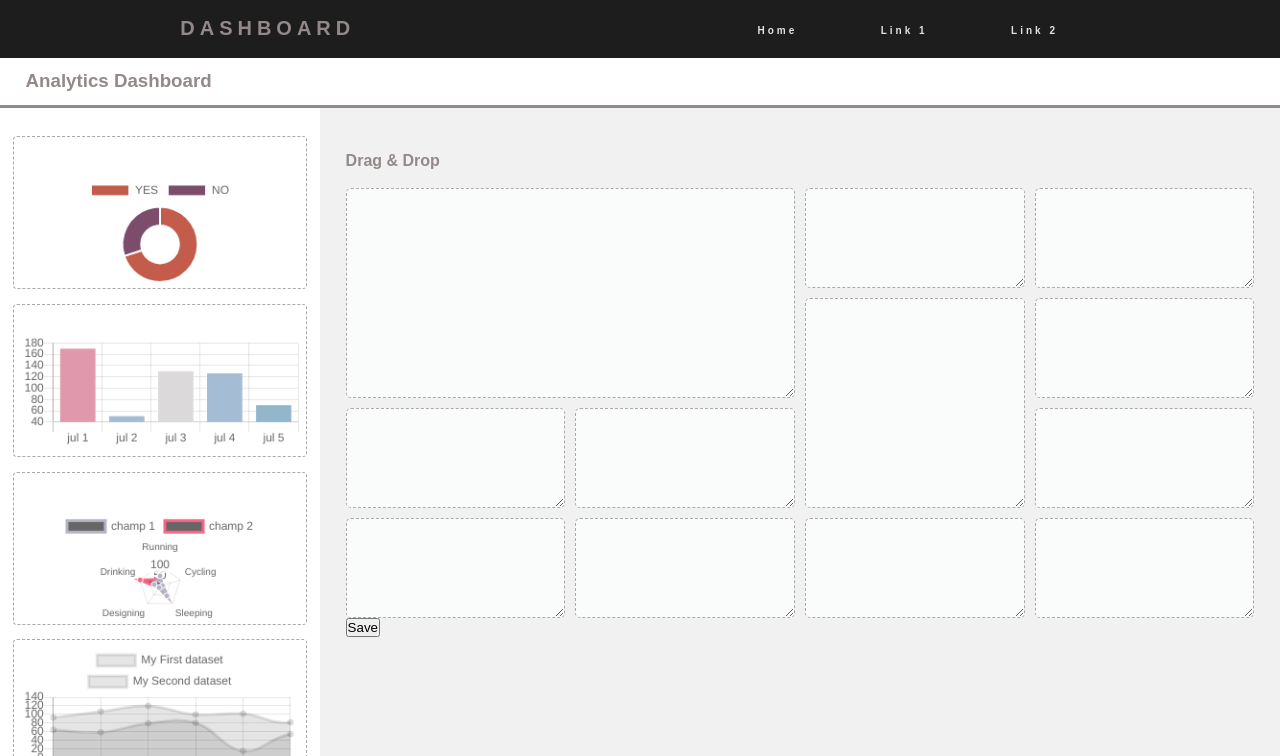
Repository: nourabdelhakam/drag-drop
Page: index.html
These files come from the project's save history. The page is drawn as it stood at one moment and after the next save; the edit follows.
The browser window is 1280 px wide. The pictures show the whole page.
Some web libraries are served in a nearby version.

Above is the page before, as saved 2020-07-05 06:29:09.

After the next save:
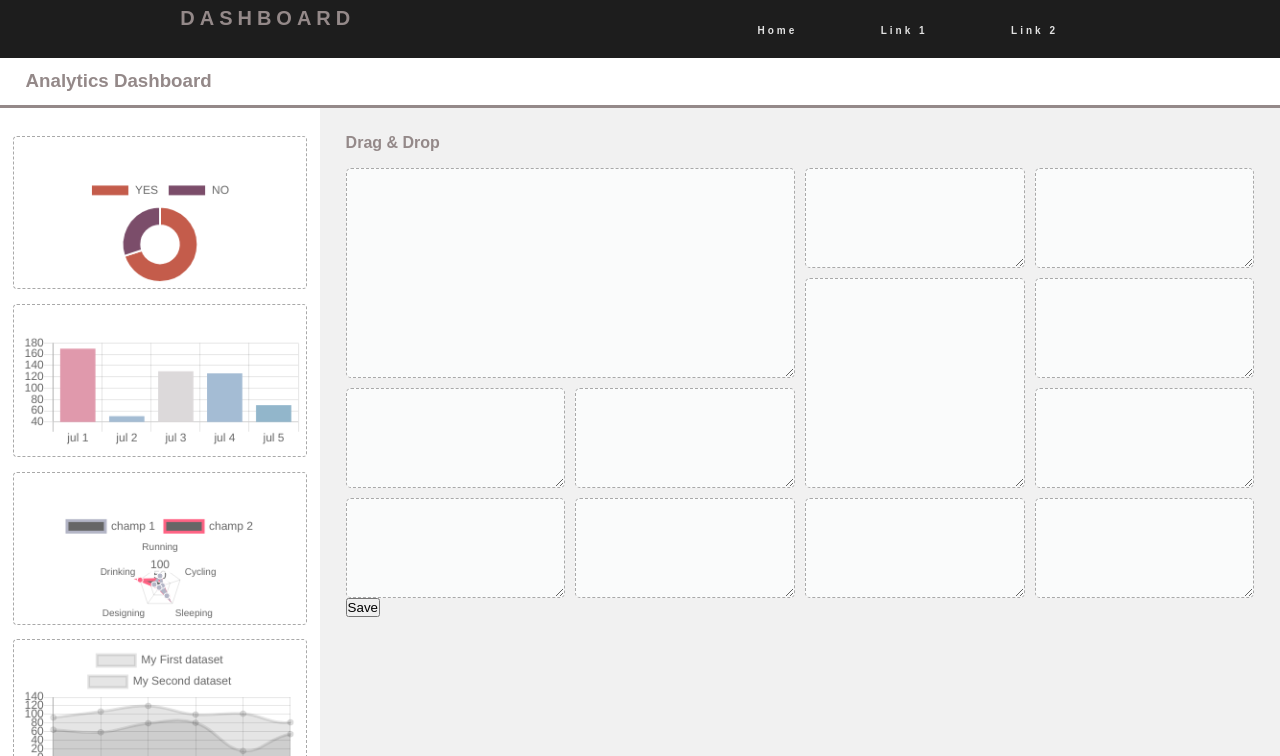
Saved 3 min 10 s later.
--- a/css/main.css
+++ b/css/main.css
@@ -13,7 +13,7 @@ h3 {
     padding: 1% 2%;
 }
 h4 {
-    margin: 2% 0;
+    margin-bottom: 1em;
 }
 .container {
     border-top: 3px solid rgb(148, 137, 137);
